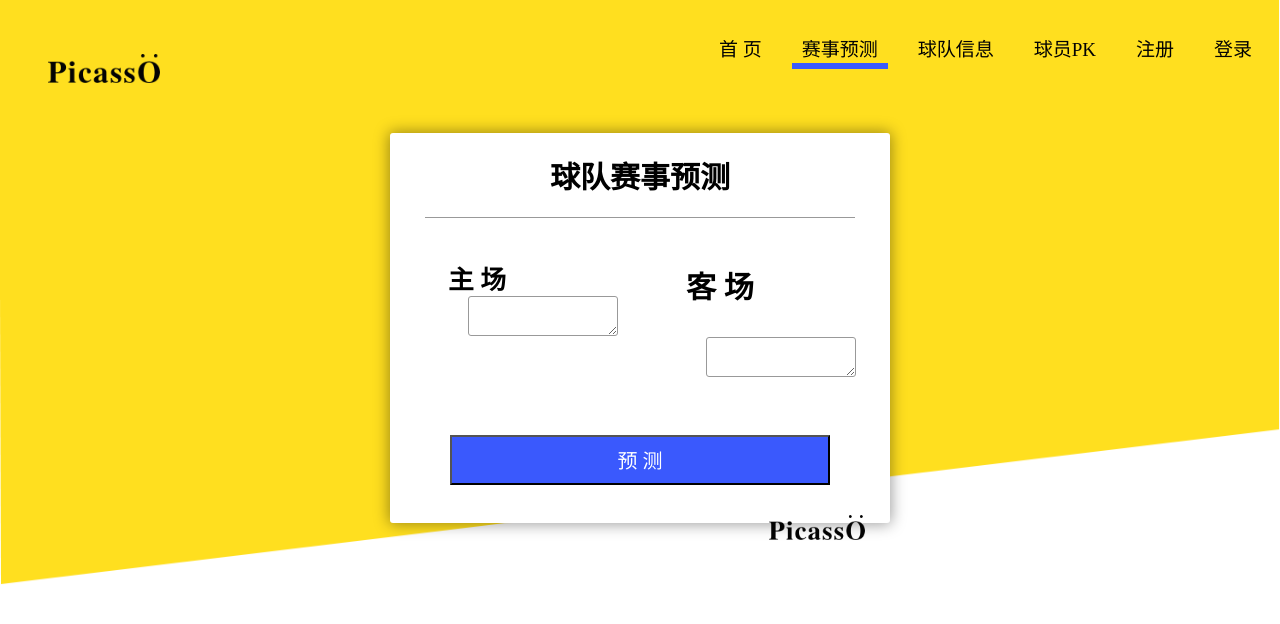
Repository: cciixx/nba-prediction-sys
Page: public/predict.html
The author's editor kept a copy of each file at every save. The page is drawn from the files as they stood at one save, then again after the next save.
The browser window is 1280 px wide. The pictures show the whole page.

Above is the page before, as saved 2020-03-27 18:03:03.

### public/predict.html
<!doctype html>
<html lang="en, zh">

<head>
    <meta charset="utf-8">
    <title>NBA预测系统-赛事预测</title>
    <link href="css/navl.css" rel="stylesheet" type="text/css">
    <link href="css/predict.css" rel="stylesheet" type="text/css">
    <script src="/JS/jquery-3.4.1.js"></script>
    <script src="JS/predict.js"></script>
    <style>
        body {
            background-image: url(images/half_yellow.png);
        }
    </style>
</head>

<body>
    <div class="header">
        <header></header>
        <ul class='navl' style="background-color: blueviolet;">
            <li><a href="login.html">登录</a></li>
            <li><a href="register.html">注册</a></li>
            <li><a href="PK_index.html">球员PK</a></li>
            <li><a href="team.html">球队信息</a></li>
            <li style="border-bottom: 6px solid #3a59fd;"><a href="predict.html">赛事预测</a></li>
            <li><a href="first.html">首 页</a></li>
            <img src="images/logo.png" alt="PicassÖ">
        </ul>
        </header>
    </div>


    <div class="wrapper">
        <main>
            <div class="bg">
                <h2 style="font-size: 30px;">球队赛事预测</h2>
                <div style="overflow: hidden;">
                    <div class='box'>
                        <label for="home_n">主 场<textarea id="home_n"></textarea></label>
                    </div>
                    <div class='box'>
                        <label for="away_n"><h3>客 场</h3><textarea id="away_n"></textarea></label>
                    </div>
                </div>
                <div style="text-align: center;"><input class="btn" type="button" id="pred" value="预 测"></div>
                <img src="images/logo.png" alt="PicassÖ">
            </div>
        </main>
    </div>

</body>

</html>

### public/css/navl.css
/* CSS Document */
body{
	background-repeat: no-repeat;
	background-position: top;
	background-size: 100%, 100%;
	background-attachment: fixed;
}
.header{
    overflow: hidden;
}
.btn{
	background: #3a59fd;
	font-family: '方正小标宋简体';
	color: white;
}
.navl ul{
	margin: 30px;
	width: 600px;
	height: 300px;
	color: #030303;
	position: absolute;
	top: 10px;
}
.navl li{
		height: 29px;
		width: fit-content;
		margin: 10px;
		list-style: none;
		float: right;
}
.navl img{
	float: left;
	height: 29px;
}
.navl a{
	margin: 0px 10px;
	color:#030303;
	text-align: left;
	text-decoration: none;
	font-size: 19px;
}
.wrapper{
    width: 100%;
}

### public/css/predict.css
/* CSS Document */
.bg {
    width: 500px;
    height: 390px;
    margin: 50px auto;
    font-size: 26px;
    background: white;
    border: 0 none;
    border-radius: 3px;
    box-shadow: 0 0 15px 1px rgba(0, 0, 0, 0.4);
    box-sizing: border-box;
}

.box {
    font-size: 22px;
    width: 40%;
    float: left;
    margin-left: 38px;
}

h2 {
    text-align: center;
    border-bottom: 1px solid #999999;
    padding: 20px;
    margin: 35px;
    margin-bottom: 15px;
}

label {
    display: block;
    font-size: 1.17em;
    margin-top: 1em;
    margin-bottom: 1em;
    margin-left: 0;
    margin-right: 0;
    font-weight: bold;
    margin-left: 20px;
}

textarea {
    font-size: 20px;
    height: 40px;
    width: 150px;
    margin-left: 20px;
    border: 1px solid #999999;
    border-radius: 3px;
    box-sizing: border-box;
    color: #2C3E50;
}

input {
    font-size: 20px;
    width: 380px;
    height: 50px;
    text-align: center;
    margin-top: 25px;
}

img {
    height: 25px;
    float: right;
    margin-top: 30px;
    margin-right: 25px;
}

### public/JS/predict.js
$('document').ready(function() {
    $('#pred').click(function(){
        var home_n = $("#home_n").val();
        var away_n = $("#away_n").val();
        $.ajax({
            type: "POST",
            url: "http://127.0.0.1:3000/predict",
            data:{"home":home_n,
                  "away":away_n},
            dataType: "json",
            success: function(data) {
                var home_winp = data.home_winp
                var away_winp = data.away_winp
                $("#home_p").text(home_winp+"%");
                $("#away_p").text(away_winp+"%");
            }
        })
    })
})

Loaded but not shown: public/JS/jquery-3.4.1.js (library)

After the next save:
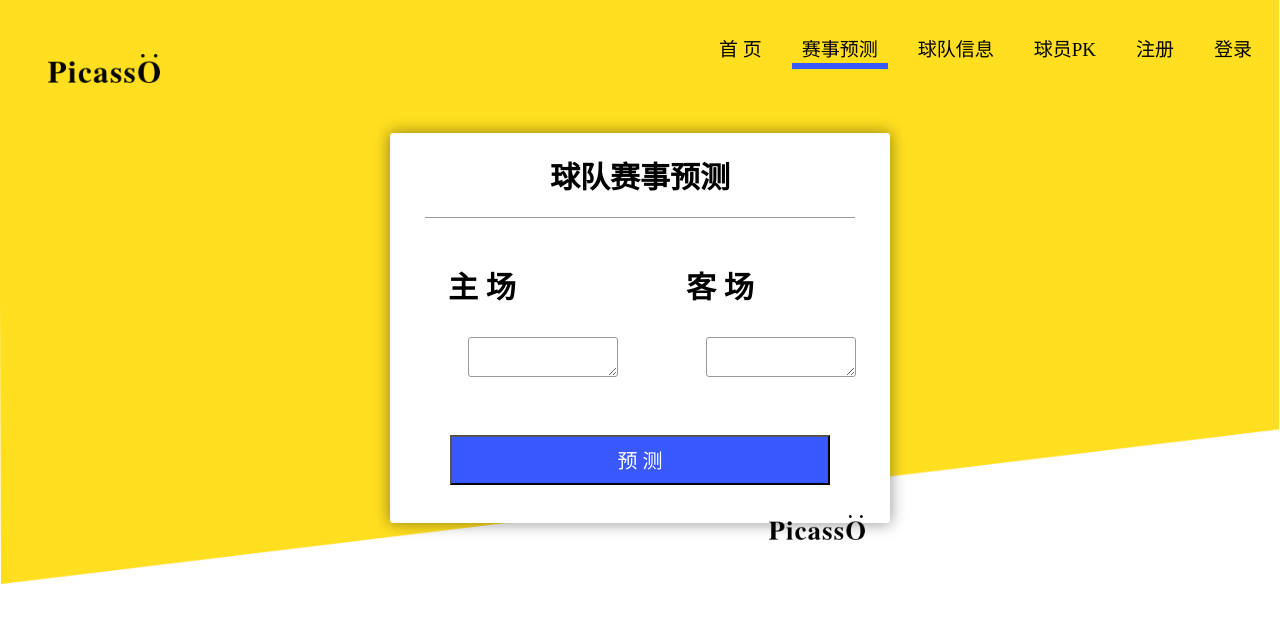
Saved 38 s later.
--- a/public/predict.html
+++ b/public/predict.html
@@ -37,7 +37,7 @@
                 <h2 style="font-size: 30px;">球队赛事预测</h2>
                 <div style="overflow: hidden;">
                     <div class='box'>
-                        <label for="home_n">主 场<textarea id="home_n"></textarea></label>
+                        <label for="home_n"><h3>主 场</h3><textarea id="home_n"></textarea></label>
                     </div>
                     <div class='box'>
                         <label for="away_n"><h3>客 场</h3><textarea id="away_n"></textarea></label>
